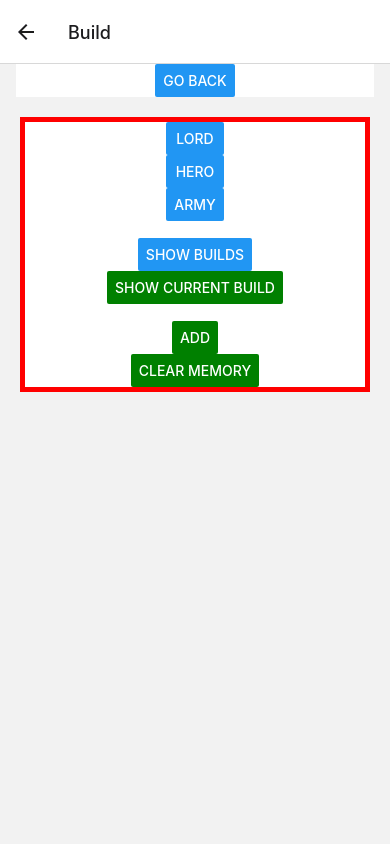
Repository: LingyuLiu11/mobile_app
Screen: /Build, after clicking the first element matching `div.r-paddingBottom-97e31f > button`
An editor plug-in stored every save of this project. The screen is shown before and after the next save, followed by the edit.
The app was drawn by React Native's web renderer in a window 390 px wide. The project was rebuilt for these pictures with package versions that can differ from the ones it lists, and the page was loaded fresh each time. Also part of the build but not shown: components/Reviews.js.

Above is the screen before, as saved 2021-10-25 02:07:36.

### App.js
import * as React from 'react';
import { Image, TextInput, FlatList, StyleSheet, View, Button, Text, Animated } from 'react-native';
import { NavigationContainer } from '@react-navigation/native';

import { createStackNavigator } from '@react-navigation/stack';
import Reviews from './components/Reviews'
import AsyncStorage from '@react-native-async-storage/async-storage';
import Builds from './components/Builds'

const Separator = () => (
  <View style={styles.separator} />
);



function Main({ navigation }) {


  return (


    <div>
      <View style={styles.container}>
        <Text>Main screen</Text>
        <Separator />
        <Button
          margintop = '10'
          title="Go to Profile"
          onPress={() => navigation.navigate('Profile')}
        />
        <Separator />

      </View>
      <View style = {styles.container}>
        <Button
          margintop = '10'
          title="Go to About"
          onPress={() => navigation.navigate('About')}
        />
        <Separator />
      </View>
      <View style = {styles.container}>
        <Button
          margintop = '10'
          title="Go to Reviews"
          onPress={() => navigation.navigate('Review')}
        />
      </View>
       <Separator />

       <View style = {styles.container}>
        <Button
          margintop = '10'
          title="Make my build"
          onPress={() => navigation.navigate('Build')}
        />
      </View>
       <Separator />

    </div>
  );
}

function Profile({ navigation }) {

  const [text, setText] = React.useState("Your name");
  return (
    <div>
      <View style={{ flex: 1, justifyContent: 'center', alignItems: 'center' }}>
        <Text>Profile screen</Text>
        <Separator />
        <Button title="Go back" onPress={() => navigation.goBack()} />
      </View>


      <View style={{ flex: 1, justifyContent: 'center', alignItems: 'center' }}>
        <TextInput
          style={styles.input}
          placeholder="Your name"
          value={text}
          onChangeText={text => setText(text)}
        />
        <Text style={{padding: 10, fontSize: 42}}>
        Hello {text.split(' ').map((word) => word ).join(' ')}
        </Text>
      </View>

      <View style={{ flex: 1, justifyContent: 'center', alignItems: 'center', flexDirection: "row" }}>
        <View style={{ flex: 1, justifyContent: 'center', alignItems: 'center' }}>
          <Image
            style={{
              resizeMode: "cover",
              height: 100,
              width: 200
            }}
            source={"https://upload.wikimedia.org/wikipedia/en/2/27/Total_War_Warhammer_3_cover_art.jpg"}
          />
          <Text>Totalwar Warhammer 3!</Text>
          </View>
        <Separator />
        <View style={{ flex: 1, justifyContent: 'center', alignItems: 'center' }}>
          <Image
            style={{
              resizeMode: "cover",
              height: 100,
              width: 200
            }}
            source={"https://www.nme.com/wp-content/uploads/2021/09/Total-Warhammer-3-Grand-Cathay-Dragon.jpg"}
          />
        <Text>Grand Cathay</Text>
        </View>
        <View style={{ flex: 1, justifyContent: 'center', alignItems: 'center' }}>

        <Image
          style={{
            resizeMode: "cover",
            height: 100,
            width: 200
          }}
          source={"https://encrypted-tbn0.gstatic.com/images?q=tbn:ANd9GcSM9n6tQzcRE8CXMXP5GXIIgYIF3wXVMZy4JA&usqp=CAU"}
        />
        <Text>Kislev</Text>
        </View>

      </View>


    </div>
  );
}

function About({ navigation }) {
  return (
    <div>
      <View style={{ flex: 1, justifyContent: 'center', alignItems: 'center' }}>
        <Text>About screen</Text>
        <Separator />
        <FlatList
          data={[
            {key: 'Lingyu Liu'},
            {key: 'CS 153A'},
            {key: 'Assignment2'},

          ]}
          renderItem={({item}) => <Text style={styles.item}>{item.key}</Text>}
        />

      </View>

      <View style = {styles.container}>
          <Button title="Go back" onPress={() => navigation.goBack()} />
      </View>
    </div>
  );
}

function Review({ navigation }) {
  return (
    <div>
      <View style = {styles.container}>
          <Button title="Go back" onPress={() => navigation.goBack()} />
      </View>
      <Reviews />
    </div>

  );
}

function Build({ navigation }) {
  return (
    <div>
      <View style = {styles.container}>
          <Button title="Go back" onPress={() => navigation.goBack()} />
      </View>
      <Builds />
    </div>

  );
}



const forFade = ({ current, next }) => {
  const opacity = Animated.add(
    current.progress,
    next ? next.progress : 0
  ).interpolate({
    inputRange: [0, 1, 2],
    outputRange: [0, 1, 0],
  });

  return {
    leftButtonStyle: { opacity },
    rightButtonStyle: { opacity },
    titleStyle: { opacity },
    backgroundStyle: { opacity },
  };
};

const Stack = createStackNavigator();

function MyStack() {
  return (
    <Stack.Navigator>
      <Stack.Screen
        name="Main"
        component={Main}
        options={{
          headerTintColor: 'white',
          headerStyle: { backgroundColor: 'tomato' },
        }}
      />
      <Stack.Screen
        name="Profile"
        component={Profile}
        options={{ headerStyleInterpolator: forFade }}
      />
      <Stack.Screen
        name="About"
        component={About}
        options={{ headerStyleInterpolator: forFade }}
      />
      <Stack.Screen
        name="Review"
        component={Review}
        options={{ headerStyleInterpolator: forFade }}
      />
      <Stack.Screen
        name="Build"
        component={Build}
        options={{ headerStyleInterpolator: forFade }}
      />


    </Stack.Navigator>
  );
}



export default function App() {
  return (
    <NavigationContainer>
      <MyStack />
    </NavigationContainer>
  );
}

const styles = StyleSheet.create({
  container: {
    flex: 1,
    justifyContent: 'center',
    alignItems: 'center',
    backgroundColor: '#fff',
    alignItems: 'center',
    justifyContent: 'center',
    marginHorizontal: 16,
  },
  separator: {
    marginVertical: 8,
    borderBottomColor: '#737373',
    borderBottomWidth: StyleSheet.hairlineWidth,
  },
  item: {
    padding: 10,
    fontSize: 18,
    height: 44,
  },
  input: {
    height: 40,
    margin: 12,
    borderWidth: 1,
    padding: 10,
  },
});

### components/Builds.js
import React, { useState, useEffect } from "react";
import { Image, TextInput, FlatList, StyleSheet, View, Button, Text, Animated, SafeAreaView, StatusBar } from 'react-native';
import AsyncStorage from '@react-native-async-storage/async-storage';

const Separator = () => (
    <View style={styles.separator} />
  );

const Builds = () => {
    const [builds, setBuilds] = useState([]);
    const [debugging,setDebugging] = useState(false)
    const [curr,setCurr] = useState('')
    const [currlooking,setCurrlooking] = useState(false)

    useEffect(() => {getData()}, []);

    let debugView = "";
  if (debugging) {
    debugView =
      <View>
          {builds.map((build) =>
          <View><Text style ={{color:'red'}}>{build}</Text></View>
        )}
        <Separator />
      </View>

  }

  let currView = "";
  if (currlooking) {
    currView =
      <View>

          <Text style ={{color:'blue'}}>{curr}</Text>

        <Separator />
      </View>
}



    const storeData = async (value) => {
        try {
          const jsonValue = JSON.stringify(value)
          await AsyncStorage.setItem('@reviews', jsonValue)
          console.log('just stored '+jsonValue)
        } catch (e) {
          console.dir(e)
        }
    }

    const getData = async() => {
      try {
        const jsonValue = await AsyncStorage.getItem('@reviews')
        let data = null
        if (jsonValue != null) {
          data = JSON.parse(jsonValue)
          setBuilds(data);
          setCurr('');
        } else {
          setBuilds([]);
          setCurr('')

        }
      } catch (e) {
        console.dir(e)
      }

    }



    const clearAll = async () => {
        try {
          console.log('in clearData')
          await AsyncStorage.clear()
        } catch(e) {
          console.log("error in clearData ")
          console.dir(e)
          // clear error
        }
  }


    const DATA = [
        {
          id: 'bd7acbea-c1b1-46c2-aed5-3ad53abb28ba',
          title: 'Lord',
        },
        {
          id: '3ac68afc-c605-48d3-a4f8-fbd91aa97f63',
          title: 'Hero',
        },
        {
          id: '58694a0f-3da1-471f-bd96-145571e29d72',
          title: 'Army',
        },
      ];

      const Item = ({ title }) => {
        return (
          <View style={styles.item}>
            <Button style={styles.title} title={title }
                onPress={()=> {
                    const newCurr = curr.concat(title + ' ');
                    setCurr(newCurr);
                    storeData(newCurr);
                  }}

            />
          </View>
        );
      }

        const renderItem = ({ item }) => (
          <Item title={item.title} />
        )
      return (
        <SafeAreaView style={styles.container}>
          <FlatList
            data={DATA}
            renderItem={renderItem}
            keyExtractor={item => item.id}
          />
          <Separator />
          <Button
                  title={(currlooking?'hide':'show')+" Builds" }
                  color=""
                  onPress = {() => setDebugging(!debugging)}
                  />
          <currView/>
      <Button
                  title={(currlooking?'hide':'show')+" current build" }
                  color="green"
                  onPress = {() => setDebugging(!currlooking)}
                  />
                  {debugView}

                  <Button
          color="green"
          title="Add"
          onPress={()=> {
            const newBuilds = builds.concat(curr);
            setBuilds(newBuilds);
            storeData(newBuilds);
            setCurr('');
          }}/>
          <Button
                  color='green' title='Clear memory'
                  onPress = {() => {
                        console.log('clearing memory');
                        clearAll()
                      }}
                />
        </SafeAreaView>


      );
}

const styles = StyleSheet.create({
    container: {
        flex: 1,
        flexDirection:'column',
        backgroundColor: '#fff',
        alignItems: 'center',
        justifyContent: 'center',
        border: "thick solid red",
        margin:"20px",
        padding:"20px",
      },
      separator: {
      marginVertical: 8,
      borderBottomColor: '#737373',
      borderBottomWidth: StyleSheet.hairlineWidth,
    },
  });

export default Builds;

After the next save:
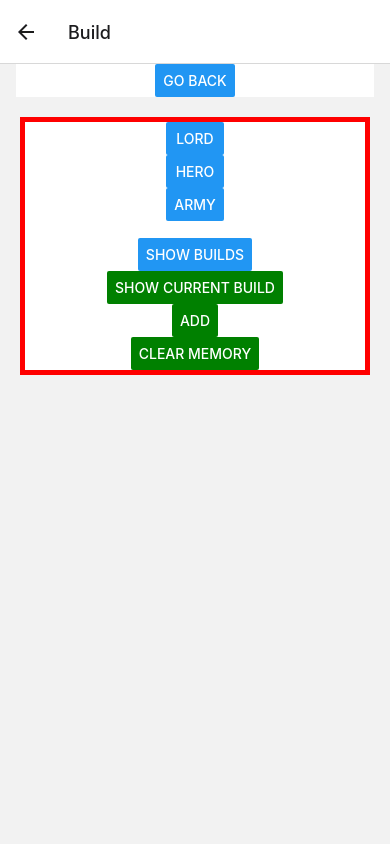
Saved 49 s later.
--- a/components/Builds.js
+++ b/components/Builds.js
@@ -134,7 +134,7 @@ const Builds = () => {
                   color="green"
                   onPress = {() => setDebugging(!currlooking)}
                   />
-                  {debugView}
+                  <currView/>
 
                   <Button
           color="green"
